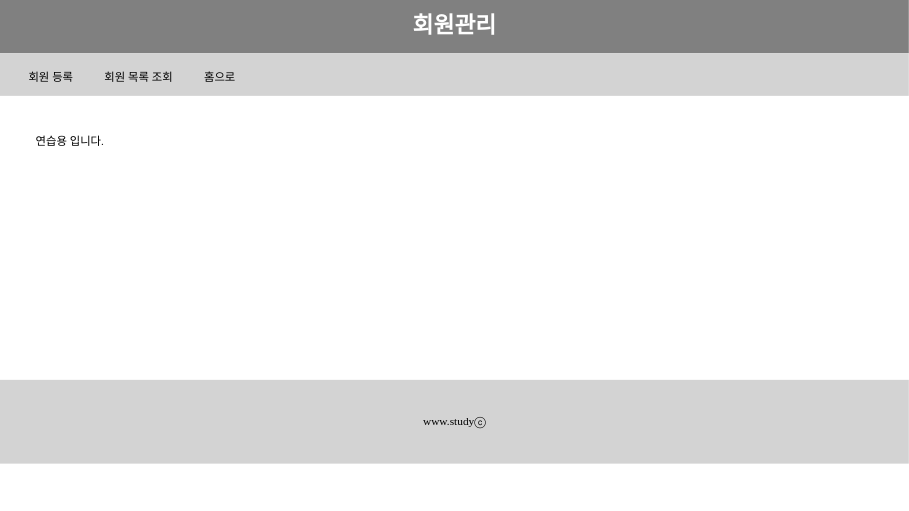
Repository: jieun000/Craftsman_Information_Processing
Page: http://localhost/00_study/
The author's editor kept a copy of each file at every save. The page is drawn from the files as they stood at one save, then again after the next save.
The browser window is 1280 px wide. The pictures show the whole page, at 71% of full size.
The page is served by Tomcat 9.

Above is the page before, as saved 2023-07-02 13:30:11.

After the next save:
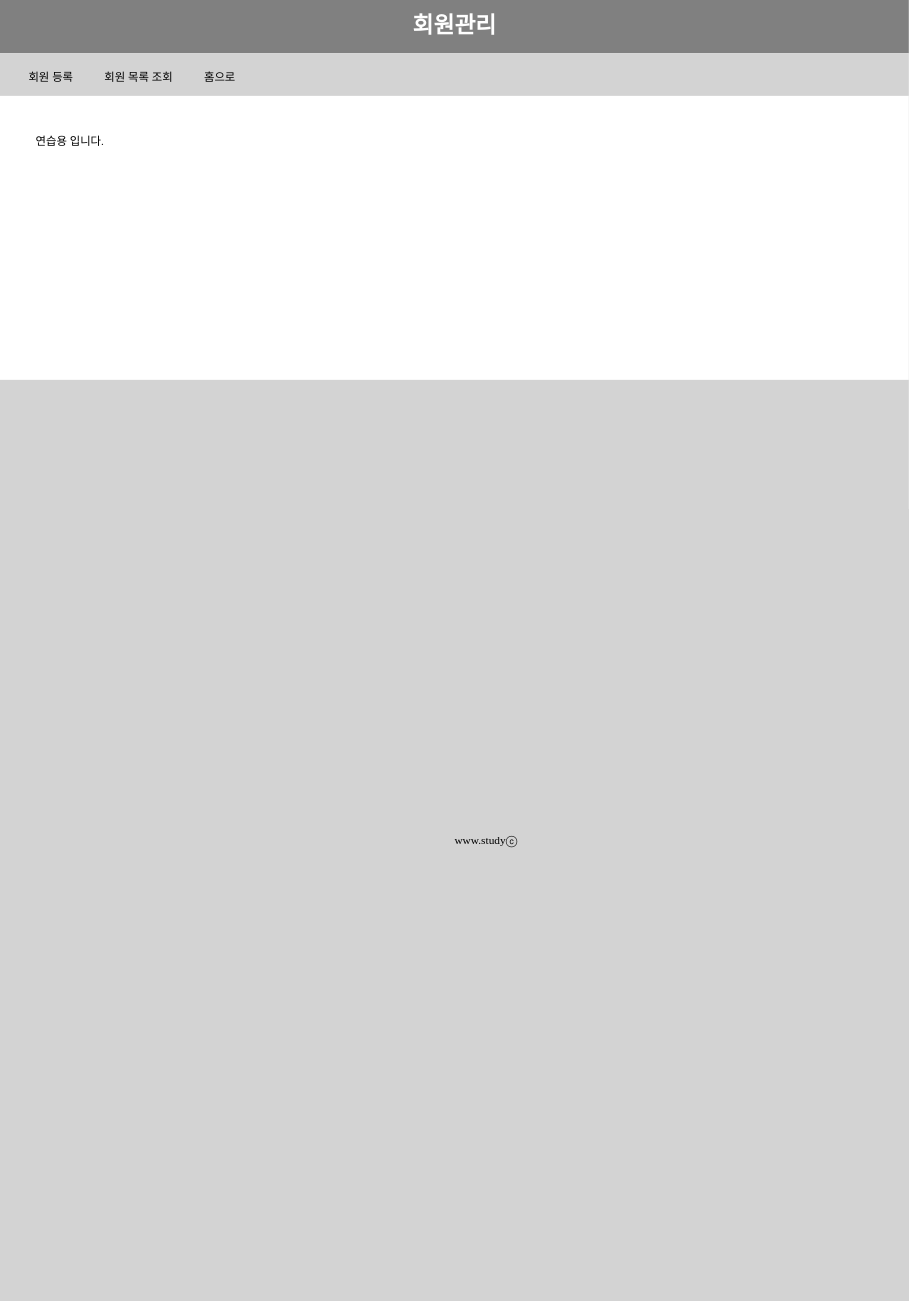
Saved 27 s later.
--- a/00_study/WebContent/index.jsp
+++ b/00_study/WebContent/index.jsp
@@ -40,7 +40,7 @@
 		<a href="">홈으로</a>
 	</nav>
 	<p style="height: 300px; padding: 50px;">연습용 입니다.</p>
-	<footer style="padding: 50px; text-align: center; background: lightgray;">
+	<footer style="padding: 50%; text-align: center; background: lightgray;">
 		www.studyⓒ
 	</footer>
 </body>
